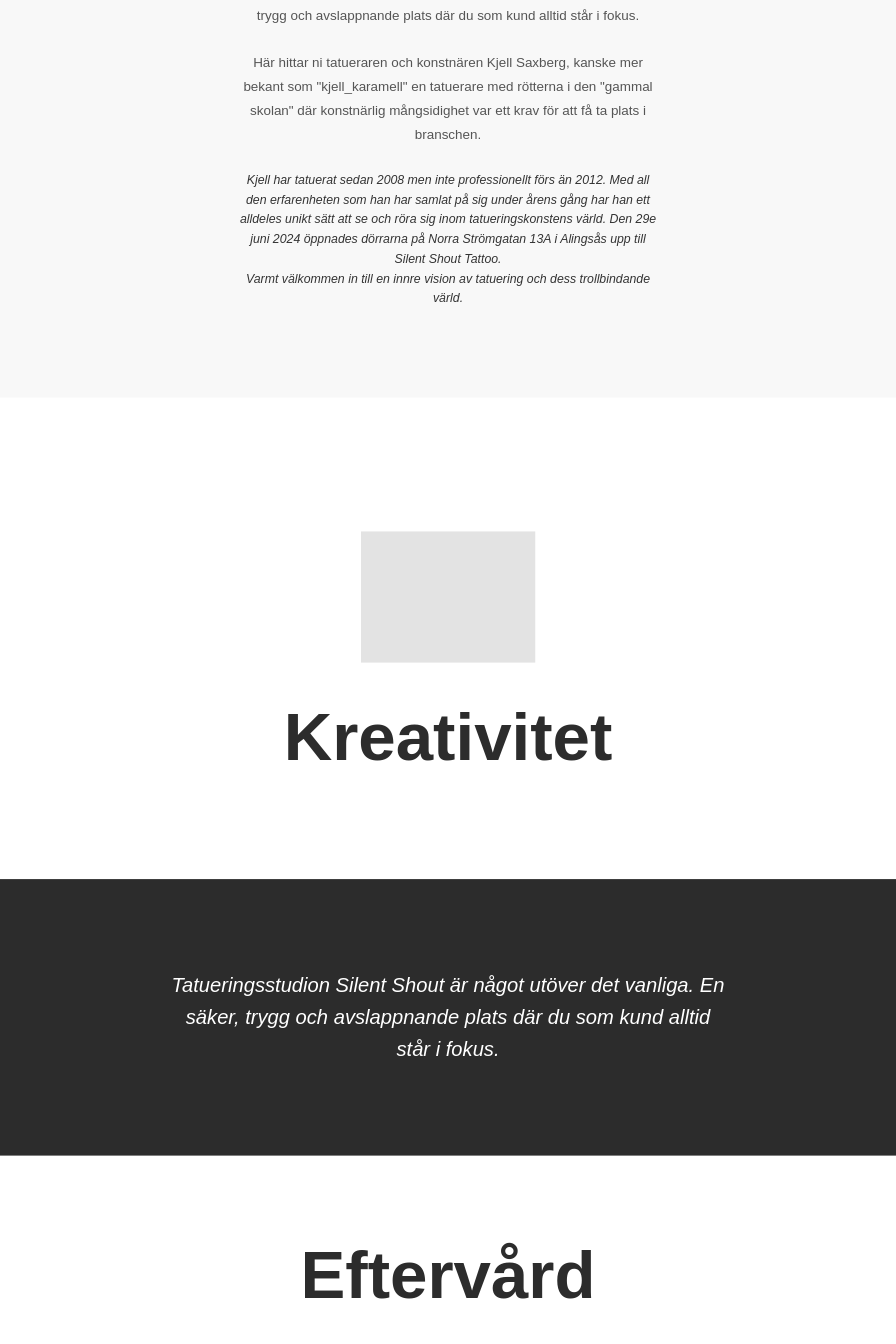
Repository: public-websites/silentshouttattoose
Page: index.html
The author's editor kept a copy of each file at every save. The page is drawn from the files as they stood at one save, then again after the next save.
The browser window is 1280 px wide. The pictures show the part of the page from y = 967 to 2887 px (the page is 7221 px tall before and 7193 px after), at 70% of full size.
Pictures or frames that could not be fetched are drawn as grey boxes.

Above is the page before, as saved 2025-08-19 08:23:16.

### index.html
<!DOCTYPE html>
<html lang="sv">
<head>
    <meta charset="UTF-8">
    <meta name="viewport" content="width=device-width, initial-scale=1.0">
    <title>Silent Shout - Den omtänksamma studion</title>
    <link rel="stylesheet" href="styles.css">
</head>
<body>
    <header class="social-header">
        <div class="container">
            <div class="social-icons">
                <a href="https://instagram.com" target="_blank" class="social-icon" aria-label="Instagram">
                    <svg viewBox="0 0 24 24" fill="currentColor">
                        <path d="M12 2.163c3.204 0 3.584.012 4.85.07 3.252.148 4.771 1.691 4.919 4.919.058 1.265.069 1.645.069 4.849 0 3.205-.012 3.584-.069 4.849-.149 3.225-1.664 4.771-4.919 4.919-1.266.058-1.644.07-4.85.07-3.204 0-3.584-.012-4.849-.07-3.26-.149-4.771-1.699-4.919-4.92-.058-1.265-.07-1.644-.07-4.849 0-3.204.013-3.583.07-4.849.149-3.227 1.664-4.771 4.919-4.919 1.266-.057 1.645-.069 4.849-.069zm0-2.163c-3.259 0-3.667.014-4.947.072-4.358.2-6.78 2.618-6.98 6.98-.059 1.281-.073 1.689-.073 4.948 0 3.259.014 3.668.072 4.948.2 4.358 2.618 6.78 6.98 6.98 1.281.058 1.689.072 4.948.072 3.259 0 3.668-.014 4.948-.072 4.354-.2 6.782-2.618 6.979-6.98.059-1.28.073-1.689.073-4.948 0-3.259-.014-3.667-.072-4.947-.196-4.354-2.617-6.78-6.979-6.98-1.281-.059-1.69-.073-4.949-.073zm0 5.838c-3.403 0-6.162 2.759-6.162 6.162s2.759 6.163 6.162 6.163 6.162-2.759 6.162-6.163c0-3.403-2.759-6.162-6.162-6.162zm0 10.162c-2.209 0-4-1.79-4-4 0-2.209 1.791-4 4-4s4 1.791 4 4c0 2.21-1.791 4-4 4zm6.406-11.845c-.796 0-1.441.645-1.441 1.44s.645 1.44 1.441 1.44c.795 0 1.439-.645 1.439-1.44s-.644-1.44-1.439-1.44z"/>
                    </svg>
                </a>
                <a href="https://facebook.com" target="_blank" class="social-icon" aria-label="Facebook">
                    <svg viewBox="0 0 24 24" fill="currentColor">
                        <path d="M24 12.073c0-6.627-5.373-12-12-12s-12 5.373-12 12c0 5.99 4.388 10.954 10.125 11.854v-8.385H7.078v-3.47h3.047V9.43c0-3.007 1.792-4.669 4.533-4.669 1.312 0 2.686.235 2.686.235v2.953H15.83c-1.491 0-1.956.925-1.956 1.874v2.25h3.328l-.532 3.47h-2.796v8.385C19.612 23.027 24 18.062 24 12.073z"/>
                    </svg>
                </a>
                <a href="mailto:info@inksoul.se" class="social-icon" aria-label="Email">
                    <svg viewBox="0 0 24 24" fill="currentColor">
                        <path d="M20 4H4c-1.1 0-1.99.9-1.99 2L2 18c0 1.1.9 2 2 2h16c1.1 0 2-.9 2-2V6c0-1.1-.9-2-2-2zm0 4l-8 5-8-5V6l8 5 8-5v2z"/>
                    </svg>
                </a>
            </div>
            <a href="#boka-tid" class="cta-header-button">Boka tid</a>
        </div>
    </header>

    <section class="hero">
        <div class="container">
            <div class="hero-text">

                <p class="hero-quote"></p>
                <img src="silentshouttattoo-outline.svg" alt="Silent Shout Tattoo Logo" class="studio-logo">
                <p class="studio-tagline">Affordable Quality Tattoos</p>
                <p class="location">Tatueringsartist & konstnär baserad i Alingsås</p>
                <a href="#boka-tid" class="cta-button">Skicka förfrågan</a>
            </div>
        </div>
    </section>

    <section class="story-section">
        <div class="container">
            <div class="story-content fade-in">
                <p class="story-text">
                    Tatueringsstudion Silent Shout är något utöver det vanliga. En säker, trygg och avslappnande plats där du som kund alltid står i fokus.
                </p>
                <p class="story-text">
                    Här hittar ni tatueraren och konstnären Kjell Saxberg, kanske mer bekant som "kjell_karamell" en tatuerare med rötterna i den "gammal skolan" där konstnärlig mångsidighet var ett krav för att få ta plats i branschen.
                </p>
                <p class="story-highlight">
                    Kjell har tatuerat sedan 2008 men inte professionellt förs än 2012.
Med all den erfarenheten som han har samlat på sig under årens gång har han ett alldeles unikt sätt att se och röra sig inom tatueringskonstens värld.
Den 29e juni 2024 öppnades dörrarna på Norra Strömgatan 13A i Alingsås upp till Silent Shout Tattoo. <br>
Varmt välkommen in till en innre vision av tatuering och dess trollbindande värld.

                </p>
            </div>
        </div>
    </section>

    <section class="large-text-section">
           <!-- Animated GIF Element -->
        <div class="animated-gif">
            <img src="https://media2.giphy.com/media/v1.Y2lkPTc5MGI3NjExbzJpbTR2cWllN2oxamhwMTZ6MjFmYzZ1czZ1b2Y0cXg3MmRrZDRkbiZlcD12MV9pbnRlcm5hbF9naWZfYnlfaWQmY3Q9Zw/3ohs7UJi7uqAcquQoM/giphy.gif" alt="Animated line drawing" />
        </div>
        <div class="container">
            <h2 class="large-text split fade-in">
Kreativitet            </h2>
        </div>


    </section>

    <section class="philosophy-section">
        <div class="container">
            <p class="philosophy-text fade-in">
                Tatueringsstudion Silent Shout är något utöver det vanliga. En säker, trygg och avslappnande plats där du som kund alltid står i fokus.
            </p>
        </div>
    </section>

    <section class="large-text-section">
        <div class="container">
            <h2 class="large-text split fade-in">
                Eftervård
            </h2>
        </div>

        <!-- Animated GIF Element 1 -->
        <div class="animated-gif">
            <img src="https://media1.giphy.com/media/v1.Y2lkPTc5MGI3NjExb3oyNzAwYWVybXM2d2RmM2xxcXA2eDIxanVuOTFydTJiaXpoYngzOSZlcD12MV9pbnRlcm5hbF9naWZfYnlfaWQmY3Q9Zw/7rZOPP0VYSgWdVHQiv/giphy.gif" alt="Animated line drawing 2" />
        </div>

        <!-- Animated SVG Drawing Element
        <div class="animated-drawing">
            <svg viewBox="0 0 200 200" xmlns="http://www.w3.org/2000/svg">
                <path d="M50,100 Q100,50 150,100 Q100,150 50,100" />
                <path d="M80,70 Q100,90 120,70 Q100,50 80,70" />
                <path d="M80,130 Q100,110 120,130 Q100,150 80,130" />
                <path d="M100,80 L100,120 M80,100 L120,100" />
            </svg>
        </div>
        -->

  <!-- Animated GIF Element 2 -->
        <div class="animated-gif">
            <img src="https://media1.giphy.com/media/v1.Y2lkPTc5MGI3NjExb3oyNzAwYWVybXM2d2RmM2xxcXA2eDIxanVuOTFydTJiaXpoYngzOSZlcD12MV9pbnRlcm5hbF9naWZfYnlfaWQmY3Q9Zw/7rZOPP0VYSgWdVHQiv/giphy.gif" alt="Animated line drawing 2" />
        </div>

         <!-- Animated GIF Element 3 -->
        <div class="animated-gif">
            <img src="https://media1.giphy.com/media/v1.Y2lkPTc5MGI3NjExb3oyNzAwYWVybXM2d2RmM2xxcXA2eDIxanVuOTFydTJiaXpoYngzOSZlcD12MV9pbnRlcm5hbF9naWZfYnlfaWQmY3Q9Zw/7rZOPP0VYSgWdVHQiv/giphy.gif" alt="Animated line drawing 2" />
        </div>


    </section>

    <section class="booking-section" id="booking">
        <div class="container">
            <h2 class="booking-title fade-in">Låt oss viba tillsammans</h2>
            <div class="form-container fade-in">
                <div class="form-intro">
                    <h3>Skapa din historia</h3>
                    <p>Berätta för mig om din vision, din energi, din berättelse. Jag kommer att skapa något unikt bara för dig.</p>
                </div>

                <!-- Profil och kontaktinfo sida vid sida -->
                <div class="profile-contact-row">
                    <div class="profile-image-wrapper">
                        <img src="profile.jpg" alt="Silent Shout Tattoo Artist" class="profile-image">
                    </div>
                    <div class="profile-contact-info">
                        <div class="contact-info-section">
                            <h4>Telefon</h4>
                            <p><a href="tel:0760620068">076-062 00 68</a></p>
                        </div>
                        <div class="contact-info-section">
                            <h4>E-post</h4>
                            <p><a href="mailto:silentshouttattoo@gmail.com">silentshouttattoo@gmail.com</a></p>
                        </div>
                        <div class="opening-hours">
                            <h4>Öppettider</h4>
                            <p>Vardagar 10.00 — 17.00</p>
                            <p>Lördagar vid bokad tid</p>
                        </div>
                    </div>
                </div>

                <!-- Form Toggle Buttons -->
                <div class="form-toggle">
                    <button class="toggle-btn active" data-form="custom">Snabbformulär</button>
                    <button class="toggle-btn" data-form="google">Detaljerat Formulär</button>
                </div>

                <!-- Custom Form -->
                <form class="custom-form" id="contactForm" method="POST" action="/send-email">
                    <div class="form-intro">
                        <h3 id="boka-tid">Har du frågor eller vill du boka tid? Fyll i formuläret så kontaktar vi dig så fort vi kan.</h3>
                    </div>

                    <div class="form-fields">
                        <div class="form-row">
                            <div class="form-group">
                                <input type="text" id="name" name="name" placeholder="Namn" required>
                            </div>

                            <div class="form-group">
                                <input type="email" id="email" name="email" placeholder="E-post" required>
                            </div>
                        </div>

                        <div class="form-row">
                            <div class="form-group">
                                <input type="tel" id="phone" name="phone" placeholder="Telefon" required>
                            </div>

                            <div class="form-group">
                                <textarea id="message" name="message" rows="4" placeholder="Meddelande"></textarea>
                            </div>
                        </div>

                        <div class="checkbox-group">
                            <input type="checkbox" id="privacy" name="privacy" required>
                            <label for="privacy">
                                Jag accepterar <a href="#" target="_blank">Hantering av personuppgifter</a>
                            </label>
                        </div>

                        <button type="submit" class="submit-button">SKICKA</button>
                    </div>
                </form>

                <!-- Google Forms Container -->
                <div class="google-form-container" style="display: none;">
                    <div class="form-loading" id="formLoading">
                        <div class="spinner"></div>
                        <p>laddar formulär...</p>
                    </div>

                    <iframe
                        src="https://docs.google.com/forms/d/e/1FAIpQLSe5F3VtygnRylmXwHNeTswBMIdDoRpoEf7FgPYu2_uIHeA4zQ/viewform?embedded=true&vc=0&c=0&w=1&flr=0"
                        frameborder="0"
                        marginheight="0"
                        marginwidth="0"
                        onload="hideLoading()"
                        style="display: none;"
                        id="bookingForm">
                        Laddar...
                    </iframe>
                </div>
            </div>
        </div>
    </section>

    <section class="stories-section">
        <div class="container">
            <h2 class="stories-title fade-in">Sagt om Kjell</h2>

            <div class="story-card fade-in">
                <p>
                    💚"Nostalgifestivalen 2025 och där står Kjell med ett antal motiv. Hittar ett underbart motiv men är känd för att behöva flera år för att bestämma mig. Plötsligt händer det, jag gör min tatuering!
Härlig person är han, Kjell. Tusen tack för ett fint samtal under resans gång och inte minst för en fantastiskt fin tatuering. Är så nöjd!"💚
                </p>
            </div>

            <div class="story-card fade-in">
                <p>
                    💚"Kjell är en fantastiskt duktig, trevlig och professionell tatuerare. Hans kärlek till denna konstform lyser verkligen igenom.
Alltid mycket god stämning i studion, trevlig att prata med, tar väl hand om sina kunder och lyssnar och löser önskemål enkelt.
Duktig på customs och har mängder av fina flashmotiv.

Kan rekommendera alla ett besök hos Kjell, vare sig en vill ha något stort eller litet, avancerat eller enkelt."💚
                </p>
            </div>
        </div>
    </section>

    <footer class="social-footer">
        <div class="container">
            <img src="silentshouttattoo-infill-white.svg" alt="Silent Shout Tattoo Logo" class="studio-logo">
            <h2 class="contact-title"></h2>
            <div class="contact-info">
                <p><a href="mailto:silentshouttattoo@gmail.com">silentshouttattoo@gmail.com</a></p>
                <p><a href="tel:0760620068">076-062 00 68</a></p>
                <p>Norra Strömgatan 13A, Alingsås</p>
                <br>
                <p style="padding-bottom: 1.5em;"><a href="https://instagram.com" target="_blank">Följ uppdateringar på Instagram för gästplatser</a></p>
            </div>
            <div class="social-icons">
                <a href="https://instagram.com" target="_blank" class="social-icon" aria-label="Instagram">
                    <svg viewBox="0 0 24 24" fill="currentColor">
                        <path d="M12 2.163c3.204 0 3.584.012 4.85.07 3.252.148 4.771 1.691 4.919 4.919.058 1.265.069 1.645.069 4.849 0 3.205-.012 3.584-.069 4.849-.149 3.225-1.664 4.771-4.919 4.919-1.266.058-1.644.07-4.85.07-3.204 0-3.584-.012-4.849-.07-3.26-.149-4.771-1.699-4.919-4.92-.058-1.265-.07-1.644-.07-4.849 0-3.204.013-3.583.07-4.849.149-3.227 1.664-4.771 4.919-4.919 1.266-.057 1.645-.069 4.849-.069zm0-2.163c-3.259 0-3.667.014-4.947.072-4.358.2-6.78 2.618-6.98 6.98-.059 1.281-.073 1.689-.073 4.948 0 3.259.014 3.668.072 4.948.2 4.358 2.618 6.78 6.98 6.98 1.281.058 1.689.072 4.948.072 3.259 0 3.668-.014 4.948-.072 4.354-.2 6.782-2.618 6.979-6.98.059-1.28.073-1.689.073-4.948 0-3.259-.014-3.667-.072-4.947-.196-4.354-2.617-6.78-6.979-6.98-1.281-.059-1.69-.073-4.949-.073zm0 5.838c-3.403 0-6.162 2.759-6.162 6.162s2.759 6.163 6.162 6.163 6.162-2.759 6.162-6.163c0-3.403-2.759-6.162-6.162-6.162zm0 10.162c-2.209 0-4-1.79-4-4 0-2.209 1.791-4 4-4s4 1.791 4 4c0 2.21-1.791 4-4 4zm6.406-11.845c-.796 0-1.441.645-1.441 1.44s.645 1.44 1.441 1.44c.795 0 1.439-.645 1.439-1.44s-.644-1.44-1.439-1.44z"/>
                    </svg>
                </a>
                <a href="https://facebook.com" target="_blank" class="social-icon" aria-label="Facebook">
                    <svg viewBox="0 0 24 24" fill="currentColor">
                        <path d="M24 12.073c0-6.627-5.373-12-12-12s-12 5.373-12 12c0 5.99 4.388 10.954 10.125 11.854v-8.385H7.078v-3.47h3.047V9.43c0-3.007 1.792-4.669 4.533-4.669 1.312 0 2.686.235 2.686.235v2.953H15.83c-1.491 0-1.956.925-1.956 1.874v2.25h3.328l-.532 3.47h-2.796v8.385C19.612 23.027 24 18.062 24 12.073z"/>
                    </svg>
                </a>
                <a href="mailto:info@inksoul.se" class="social-icon" aria-label="Email">
                    <svg viewBox="0 0 24 24" fill="currentColor">
                        <path d="M20 4H4c-1.1 0-1.99.9-1.99 2L2 18c0 1.1.9 2 2 2h16c1.1 0 2-.9 2-2V6c0-1.1-.9-2-2-2zm0 4l-8 5-8-5V6l8 5 8-5v2z"/>
                    </svg>
                </a>
            </div>
        </div>
    </footer>

    <script src="script.js"></script>
</body>
</html>

Loaded but not shown: script.js (103 lines, source omitted); styles.css (982 lines, source omitted)

After the next save:
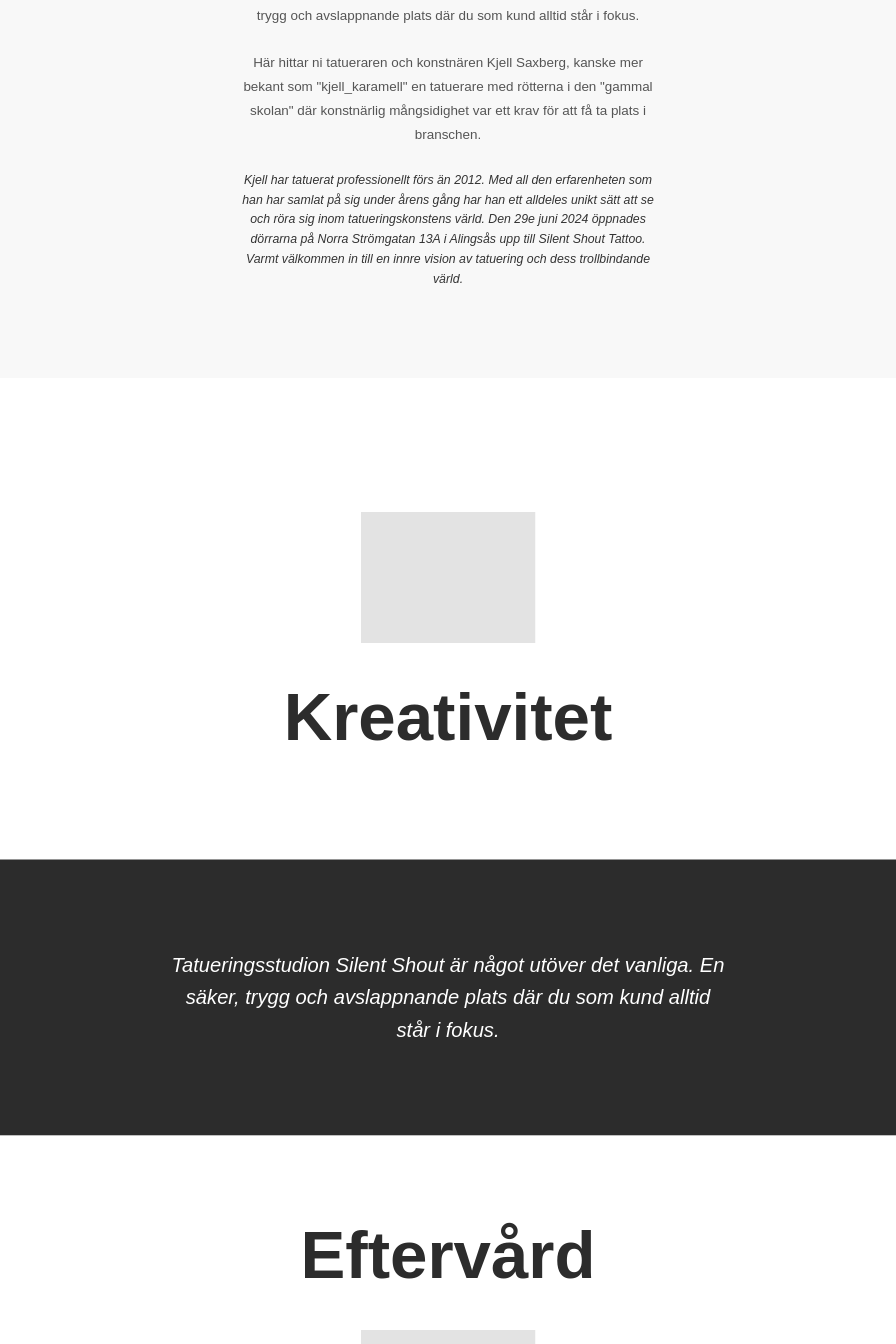
Saved 42 s later.
--- a/index.html
+++ b/index.html
@@ -53,7 +53,7 @@
                     Här hittar ni tatueraren och konstnären Kjell Saxberg, kanske mer bekant som "kjell_karamell" en tatuerare med rötterna i den "gammal skolan" där konstnärlig mångsidighet var ett krav för att få ta plats i branschen.
                 </p>
                 <p class="story-highlight">
-                    Kjell har tatuerat sedan 2008 men inte professionellt förs än 2012.
+                    Kjell har tatuerat professionellt förs än 2012.
 Med all den erfarenheten som han har samlat på sig under årens gång har han ett alldeles unikt sätt att se och röra sig inom tatueringskonstens värld.
 Den 29e juni 2024 öppnades dörrarna på Norra Strömgatan 13A i Alingsås upp till Silent Shout Tattoo. <br>
 Varmt välkommen in till en innre vision av tatuering och dess trollbindande värld.
